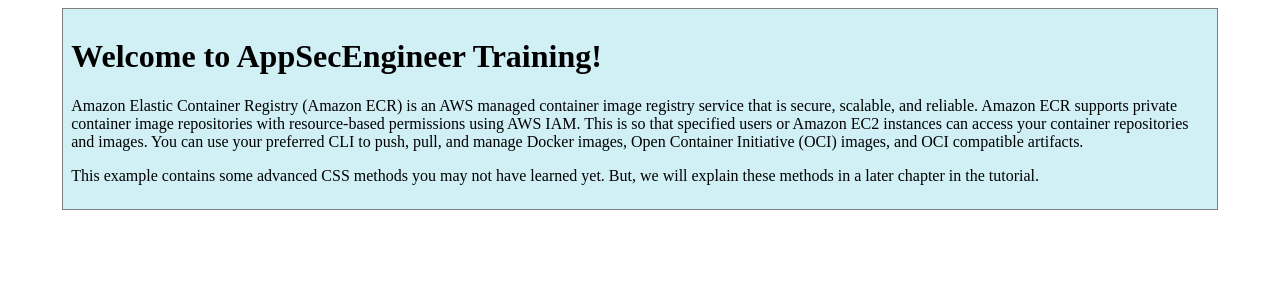
Repository: kanumuruwe45/aws-ecr
Page: templates/index.html
An editor plug-in stored every save of this project. The page is shown before and after the next save, followed by the edit.
The browser window is 1280 px wide. The pictures show the whole page.
The template is drawn by Flask 3. The application's start-up code is not run. The template is opened directly, without the code that normally fills it, so the values that code supplies are empty.

Above is the page before, as saved 2021-07-07 16:29:28.

After the next save:
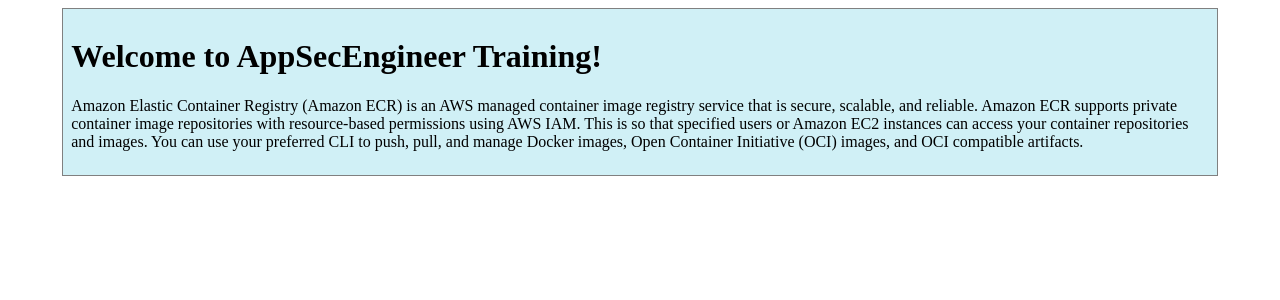
Saved 5 s later.
--- a/templates/index.html
+++ b/templates/index.html
@@ -20,7 +20,6 @@
 <div class="center_div">
   <h1>Welcome to AppSecEngineer Training!</h1>
   <p>Amazon Elastic Container Registry (Amazon ECR) is an AWS managed container image registry service that is secure, scalable, and reliable. Amazon ECR supports private container image repositories with resource-based permissions using AWS IAM. This is so that specified users or Amazon EC2 instances can access your container repositories and images. You can use your preferred CLI to push, pull, and manage Docker images, Open Container Initiative (OCI) images, and OCI compatible artifacts.</p>
-  <p>This example contains some advanced CSS methods you may not have learned yet. But, we will explain these methods in a later chapter in the tutorial.</p>
 </div>
 
 </body>
